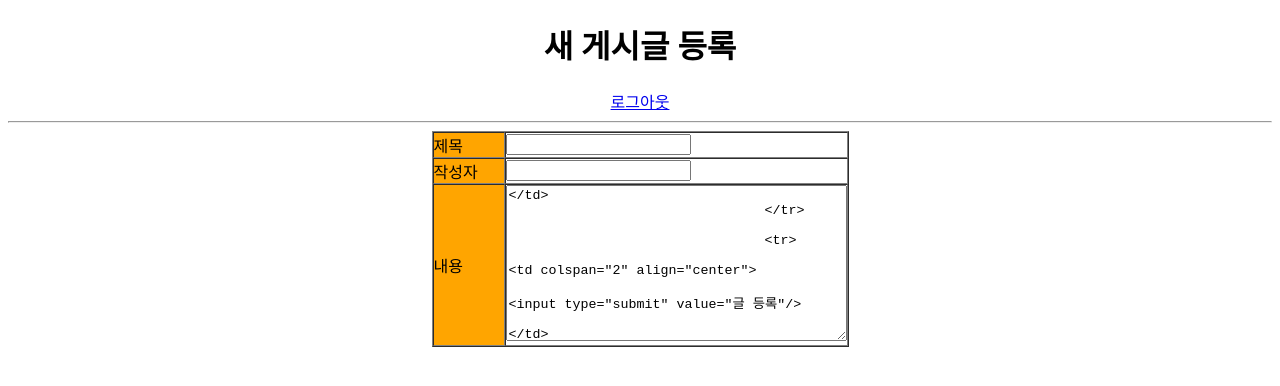
Repository: allstar94/spring_practice
Page: http://localhost/Model2_Board/insertBoard.jsp
The author's editor kept a copy of each file at every save. The page is drawn from the files as they stood at one save, then again after the next save.
The browser window is 1280 px wide. The pictures show the whole page.
The page is served by Tomcat 9. Other server files are loaded and not shown.

Above is the page before, as saved 2021-10-26 06:17:47.

### Model2_Board/src/main/webapp/insertBoard.jsp
<%@ page language="java" contentType="text/html; charset=EUC-KR"
    pageEncoding="EUC-KR"%>
<%@ page errorPage="error.jsp" %>


<!DOCTYPE html>
<html>
<head>
<meta charset="EUC-KR">
<title>InsertBoard.jsp 페이지</title>
</head>
<body>
	<center>
		<h1>새 게시글 등록</h1>
		<a href="Logout.do">로그아웃</a>
		<hr>
		<form name="insertForm" method="POST" action="insertBoard.do">
			<table border="1" cellpadding="0" cellspacing="0">
				<tr>
					<td bgcolor="orange" width="70">제목</td>
					<td align="Left"><input type="text" name="title"/>
				</tr>
				<tr>
					<td bgcolor="orange">작성자</td>
					<td align="Left"><input type="text" name="writer"/>
				</tr>

				<tr>
					<td bgcolor="orange">내용</td>
					<td align="Left"><textarea name="contect" rows="10" cols="40"/></td>
				</tr>

				<tr>
					<td colspan="2" align="center">
						<input type="submit" value="글 등록"/>
					</td>
				</tr>
			</table>
		</form>
		<hr>
		<a href="getBoardList.do">전체 게시글 목록 보기</a>
	</center>
</body>
</html>

After the next save:
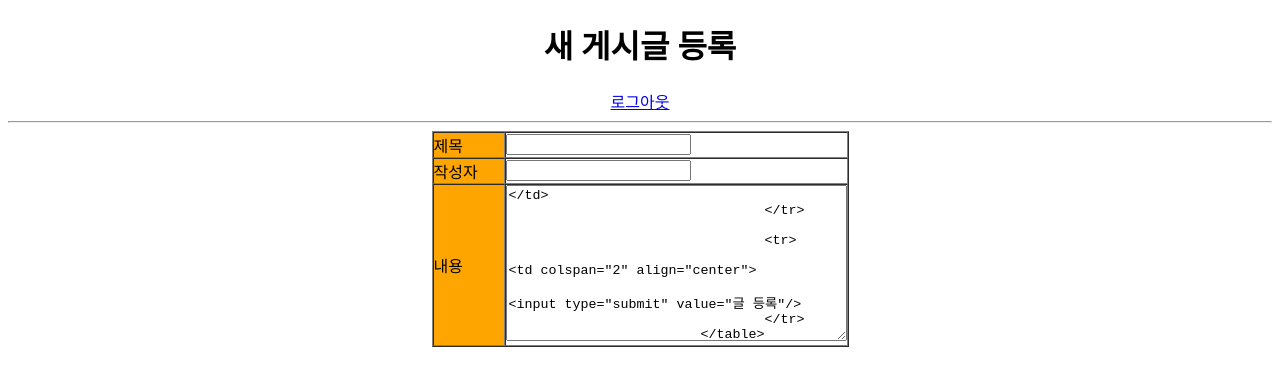
Saved 3 min 19 s later.
--- a/Model2_Board/src/main/webapp/insertBoard.jsp
+++ b/Model2_Board/src/main/webapp/insertBoard.jsp
@@ -33,7 +33,6 @@
 				<tr>
 					<td colspan="2" align="center">
 						<input type="submit" value="글 등록"/>
-					</td>
 				</tr>
 			</table>
 		</form>
